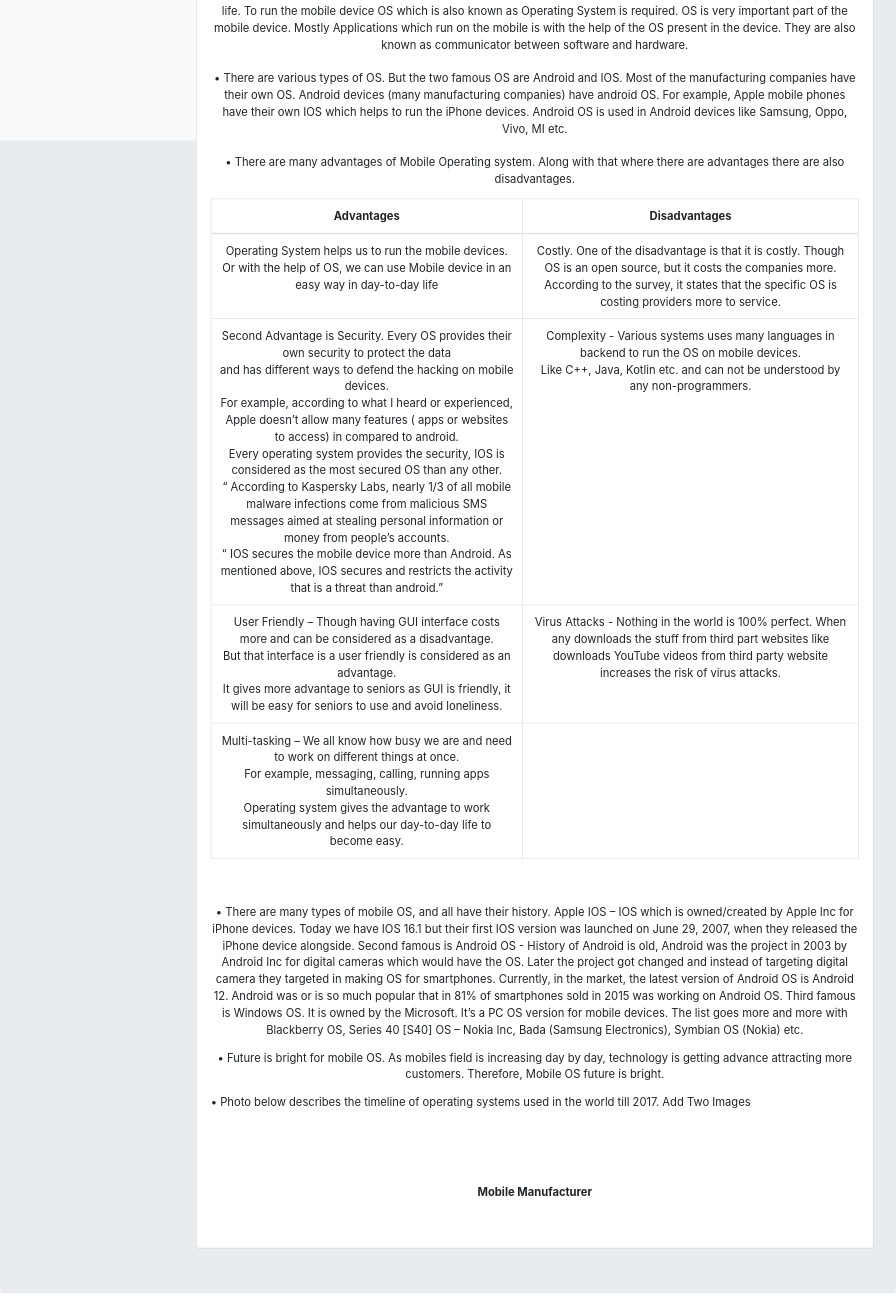
Repository: devanshudave1901/Mobile-Dev-Website
Page: labs.html
The author's editor kept a copy of each file at every save. The page is drawn from the files as they stood at one save, then again after a run of saves.
The browser window is 1280 px wide. The pictures show the part of the page from y = 741 to 2661 px (the page is 2621 px tall before and 2661 px after), at 70% of full size.
Some web libraries are served in a nearby version.

Above is the page before, as saved 2022-10-05 18:54:19.

After the next 3 saves:
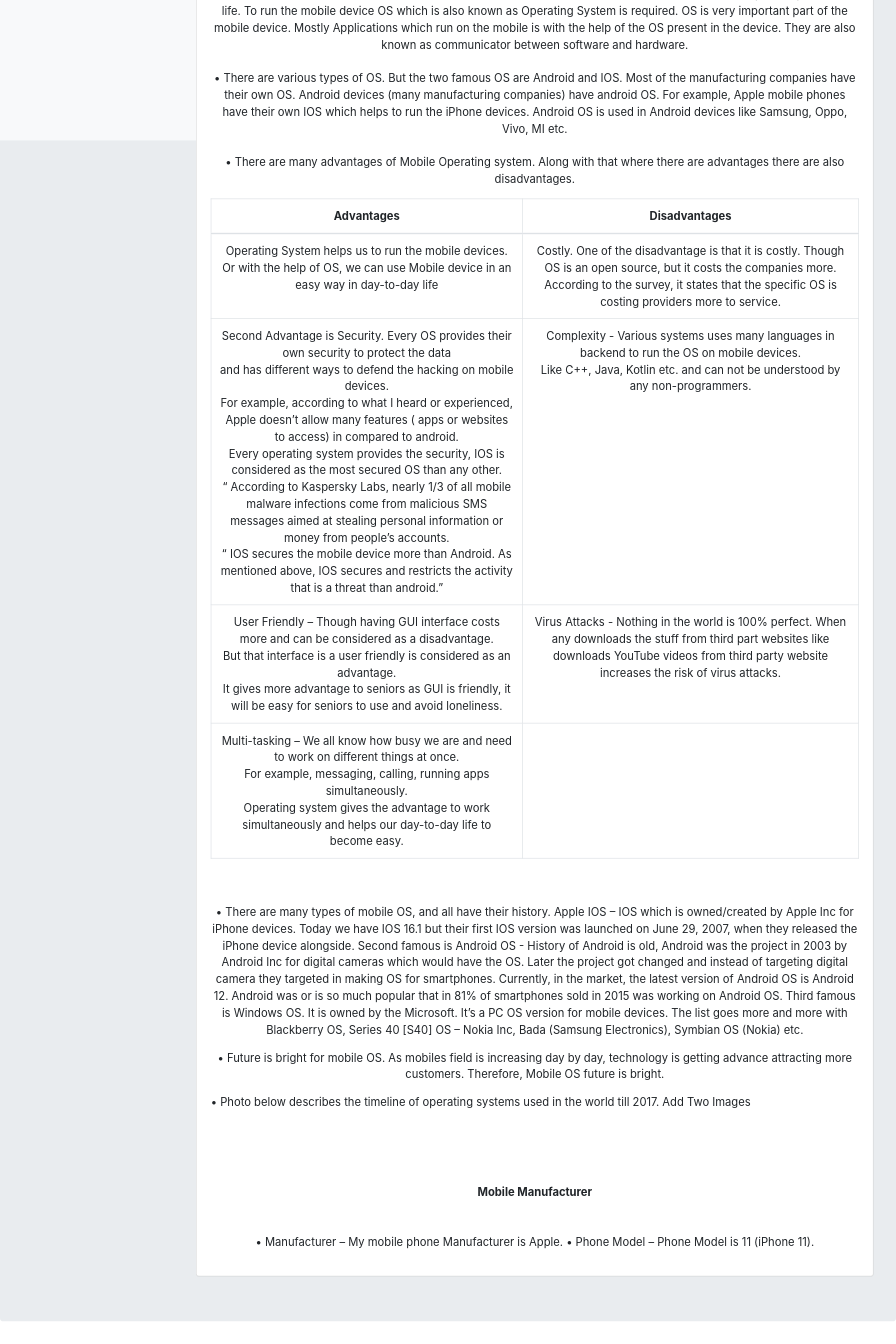
The 3 saves are shown as one change because they came seconds apart.
The last was saved 26 s later.
--- a/labs.html
+++ b/labs.html
@@ -262,7 +262,9 @@
                     <br/>
                     <br/>
                     <br/>
-
+                    <p> •	Manufacturer – My mobile phone Manufacturer is Apple.
+                        •	Phone Model – Phone Model is 11 (iPhone 11).
+                    </p>
               </div>
               <div class="tab-pane fade" id="nav-profile" role="tabpanel" aria-labelledby="nav-profile-tab">...</div>
              </div>
